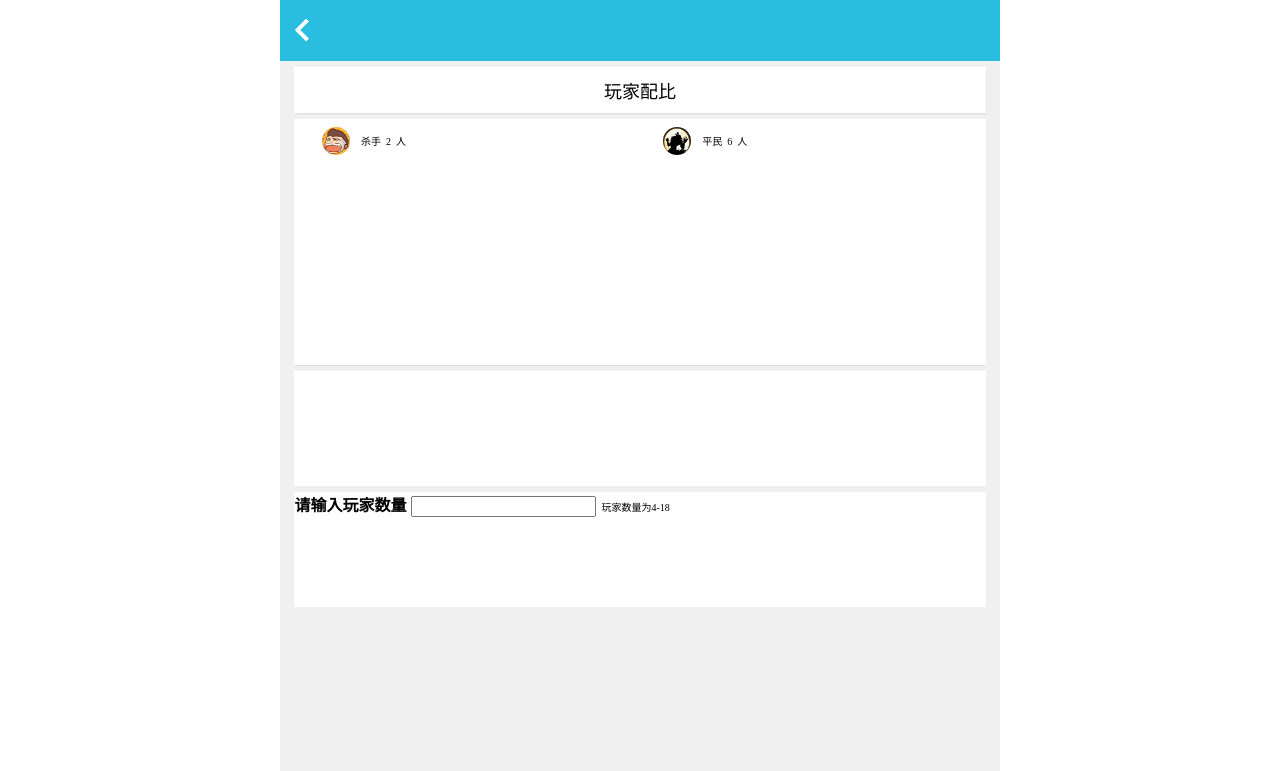
Repository: leozhangpd/My-Codes
Page: JS/two-project/deploy_page.html
These files come from the project's save history. The page is drawn as it stood at one moment and after the next save; the edit follows.
The browser window is 1280 px wide. The pictures show the whole page.

Above is the page before, as saved 2020-11-09 17:06:35.

After the next save:
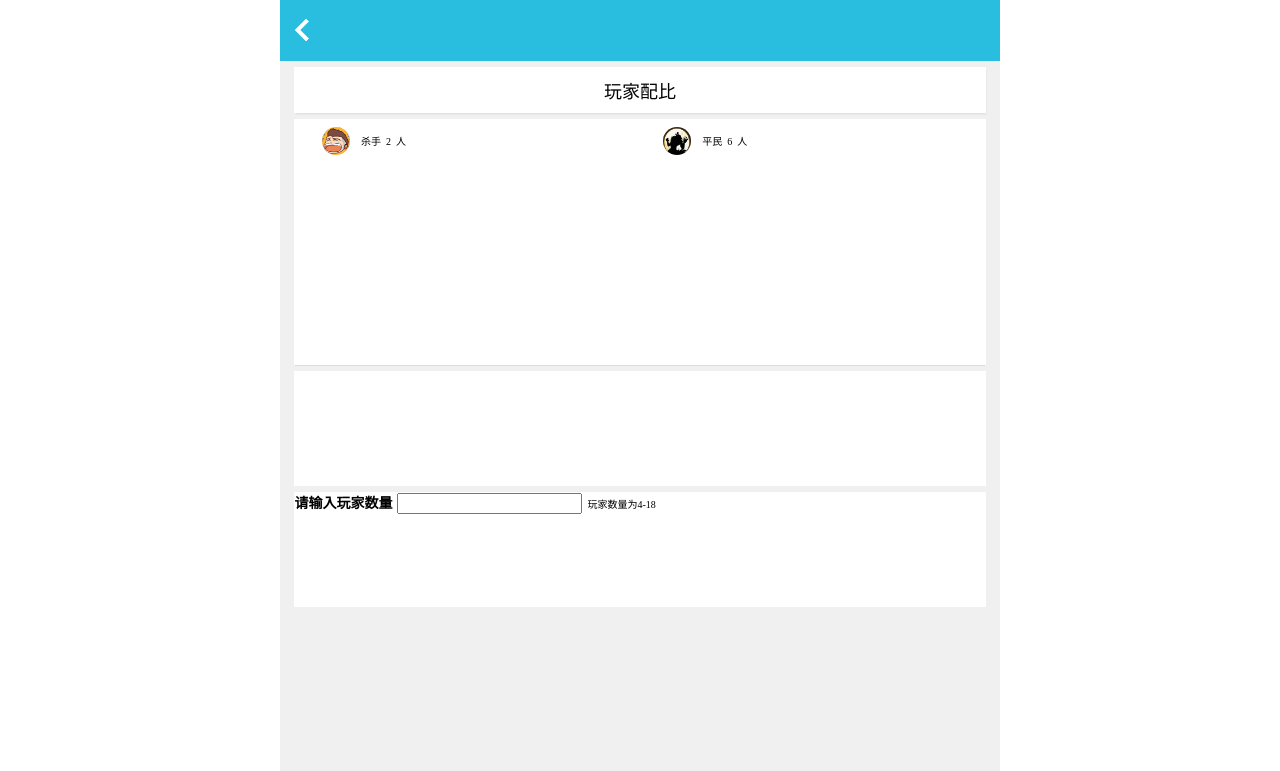
Saved 22 s later.
--- a/JS/two-project/css/deploy_page.css
+++ b/JS/two-project/css/deploy_page.css
@@ -72,6 +72,6 @@ main>*{background-color: #fff;}
     min-height: 11.5rem;
 }
 .player-number>span:nth-child(1){
-    font-size: 1.6rem;
+    font-size: 1.4rem;
     font-weight: bold;
 }
